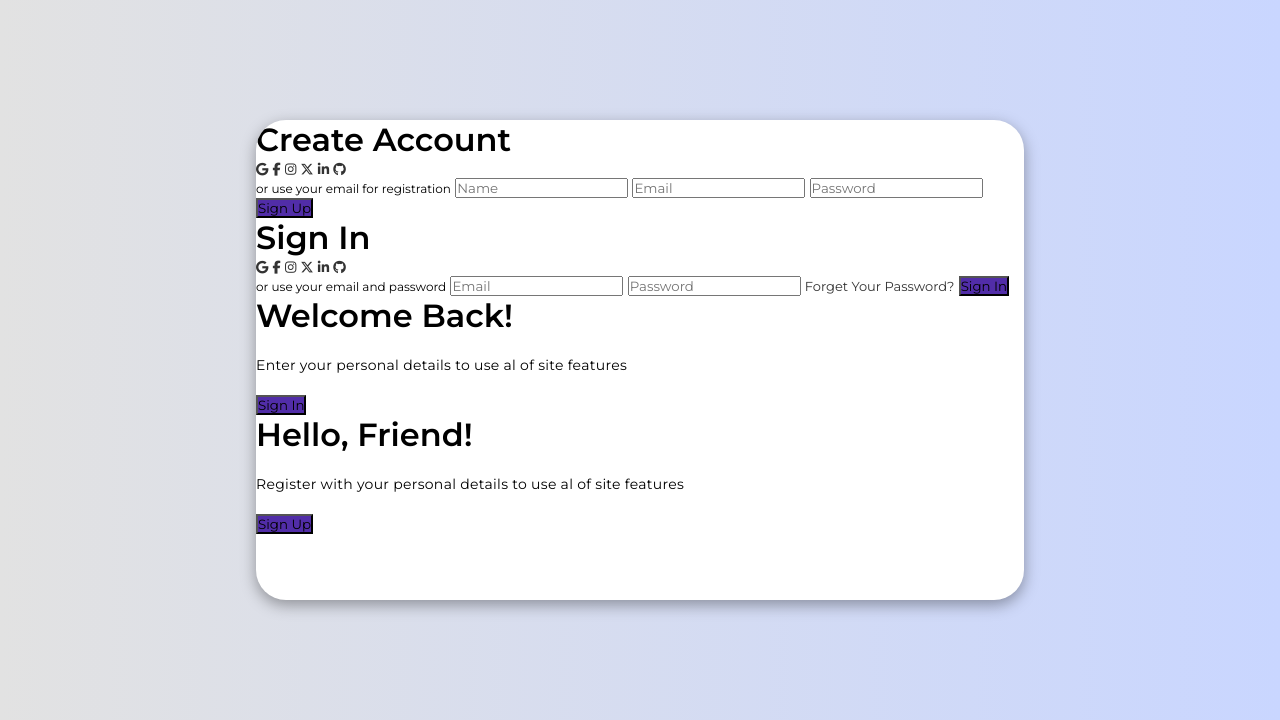
Repository: DevMike1993/Animated_Login_Page
Page: index.html
An editor plug-in stored every save of this project. The page is shown before and after the next save, followed by the edit.
The browser window is 1280 px wide. The pictures show the whole page.

Above is the page before, as saved 2023-12-17 19:58:41.

### index.html
<!DOCTYPE html>
<html lang="en">
<head>
    <meta charset="UTF-8">
    <meta name="viewport" content="width=device-width, initial-scale=1.0">
    <link rel="stylesheet" href="https://cdnjs.cloudflare.com/ajax/libs/font-awesome/6.5.1/css/all.min.css">
    <link rel="stylesheet" href="style.css">
    <title>Animated Login Page</title>
</head>
<body>

    <div class="container" id="container">
        <div class="form-container sign-up">
            <form>
                <h1>Create Account</h1>
                <div class="social-icons">
                    <a href="#" class="icon"><i class="fa-brands fa-google"></i></a>
                    <a href="#" class="icon"><i class="fa-brands fa-facebook-f"></i></a>
                    <a href="#" class="icon"><i class="fa-brands fa-instagram"></i></a>
                    <a href="#" class="icon"><i class="fa-brands fa-x-twitter"></i></a>
                    <a href="#" class="icon"><i class="fa-brands fa-linkedin-in"></i></a>
                    <a href="#" class="icon"><i class="fa-brands fa-github"></i></a>
                </div>
                <span>or use your email for registration</span>
                <input type="text" placeholder="Name">
                <input type="email" placeholder="Email">
                <input type="password" placeholder="Password">
                <button>Sign Up</button>
            </form>
        </div>
        <div class="form-container sign-in">
            <form>
                <h1>Sign In</h1>
                <div class="social-icons">
                    <a href="#" class="icon"><i class="fa-brands fa-google"></i></a>
                    <a href="#" class="icon"><i class="fa-brands fa-facebook-f"></i></a>
                    <a href="#" class="icon"><i class="fa-brands fa-instagram"></i></a>
                    <a href="#" class="icon"><i class="fa-brands fa-x-twitter"></i></a>
                    <a href="#" class="icon"><i class="fa-brands fa-linkedin-in"></i></a>
                    <a href="#" class="icon"><i class="fa-brands fa-github"></i></a>
                </div>
                <span>or use your email and password</span>
                <input type="email" placeholder="Email">
                <input type="password" placeholder="Password">
                <a href="#">Forget Your Password?</a>
                <button>Sign In</button>
            </form>
        </div>
        <div class="toggle-container">
            <div class="toggle">
                <div class="toggle-panel toggle-left">
                    <h1>Welcome Back!</h1>
                    <p>Enter your personal details to use al of site features</p>
                    <button class="hiden" id="login">Sign In</button>
                </div>
                <div class="toggle-panel toggle-right">
                    <h1>Hello, Friend!</h1>
                    <p>Register with your personal details to use al of site features</p>
                    <button class="hiden" id="register">Sign Up</button>
                </div>
            </div>
        </div>
    </div>

    <script src="script.js"></script>
</body>
</html>

### style.css
@import url('https://fonts.googleapis.com/css2?family=Montserrat:ital,wght@0,200;0,300;0,400;0,500;0,600;1,200;1,300&family=Poppins&display=swap');

*{
    margin: 0;
    padding: 0;
    box-sizing: border-box;
    font-family: "Montserrat", sans-serif;
}

body{
    background-color: #c9d6ff;
    background: linear-gradient(to right, #e2e2e2, #c9d6ff);
    display: flex;
    align-items: center;
    justify-content: center;
    flex-direction: column;
    height: 100vh;
}

.container{
    background-color: #fff;
    border-radius: 30px;
    box-shadow: 0 5px 15px rgba(0, 0, 0, 0.35);
    position: relative;
    overflow: hidden;
    width: 768px;
    max-width: 100%;
    min-height: 480px;
}

.container p{
    font-size: 14px;
    line-height: 20px;
    letter-spacing: 0.3px;
    margin: 20px 0;
}

.container span{
    font-size: 12px;
}

.container a{
    color: #333;
    font-size: 13px;
    text-decoration: none;
    margin: 15px 0 10px;
}

.container button{
    background-color: #512da8;
    ci
}

Loaded but not shown: script.js (no copy from this time; the picture is the same without it)

After the next save:
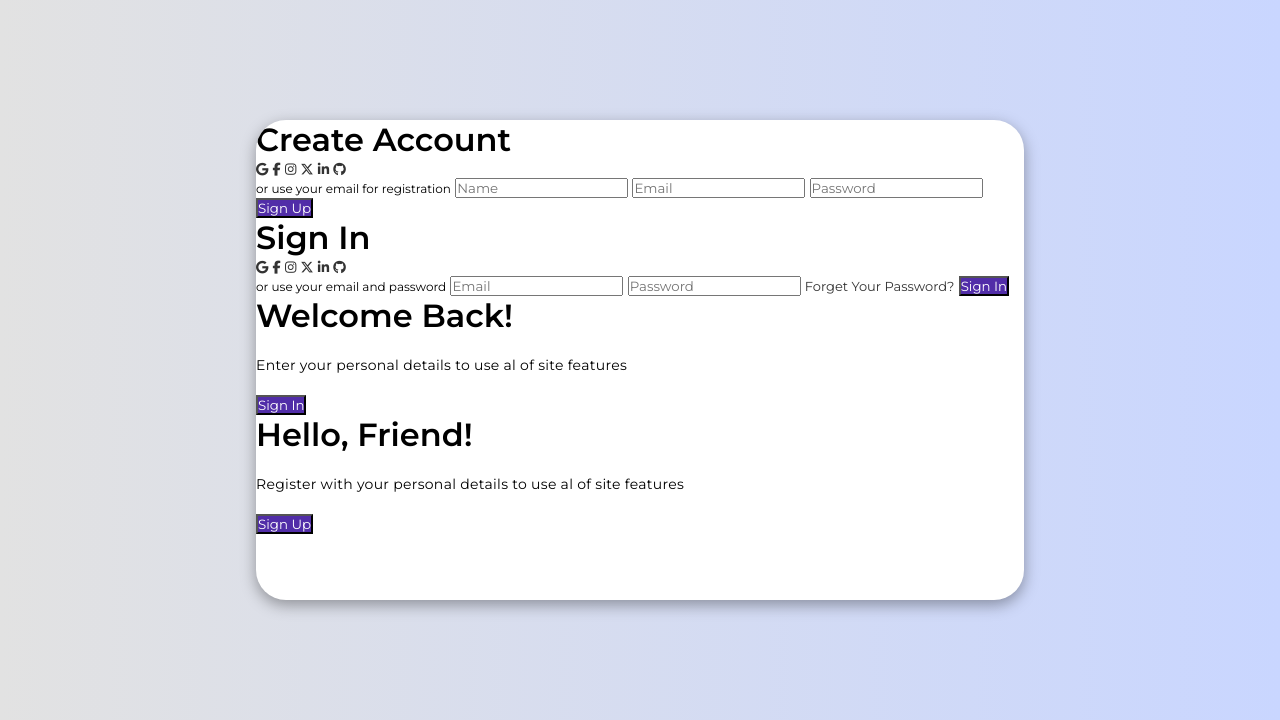
Saved 8 s later.
--- a/style.css
+++ b/style.css
@@ -48,5 +48,5 @@ body{
 
 .container button{
     background-color: #512da8;
-    ci
+    color: #fff;
 }
